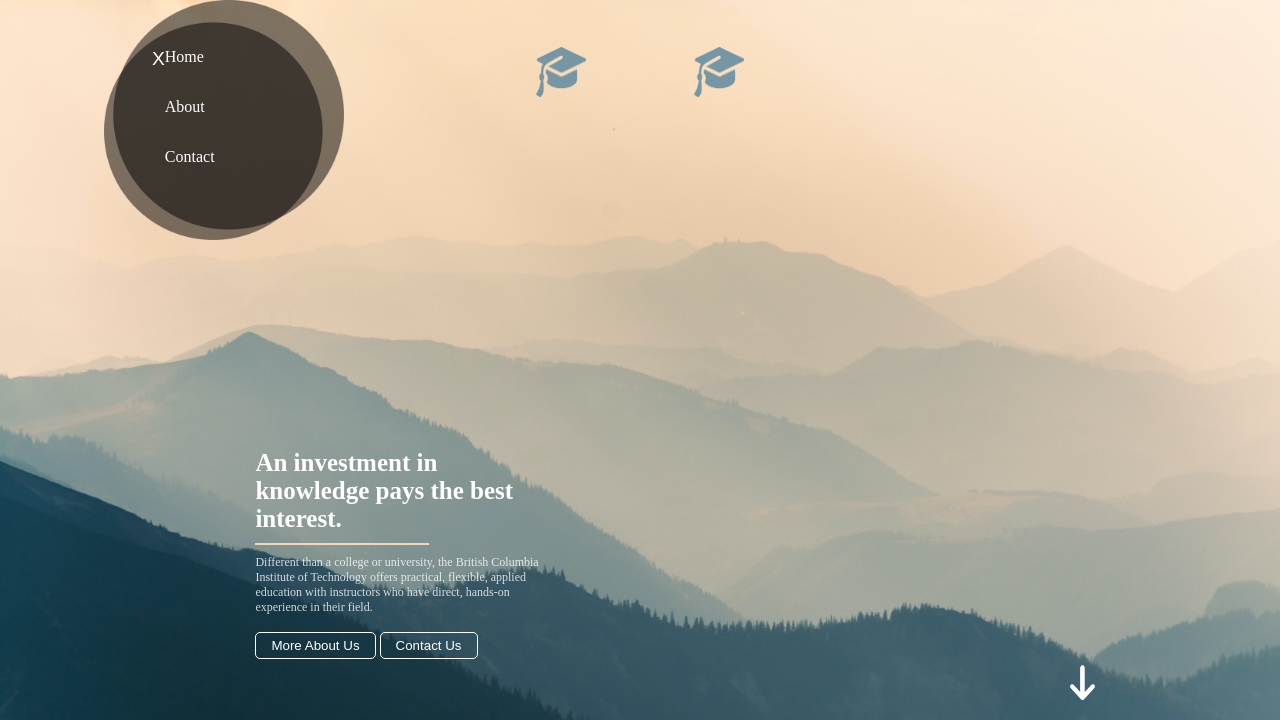
Repository: Sheraliramzan/Aly_A01253508_Assignment1
Page: /, after clicking the first element matching `img`
An editor plug-in stored every save of this project. The page is shown before and after the next save, followed by the edit.
The browser window is 1280 px wide. The pictures show the whole page.
The project was rebuilt for these pictures with package versions that can differ from the ones it lists, and the page was loaded fresh each time. The framework's server and built-in components were replaced by stand-ins that run in the browser. Also part of the build but not shown: next.config.js.

Above is the page before, as saved 2023-02-04 17:15:40.

After the next save:
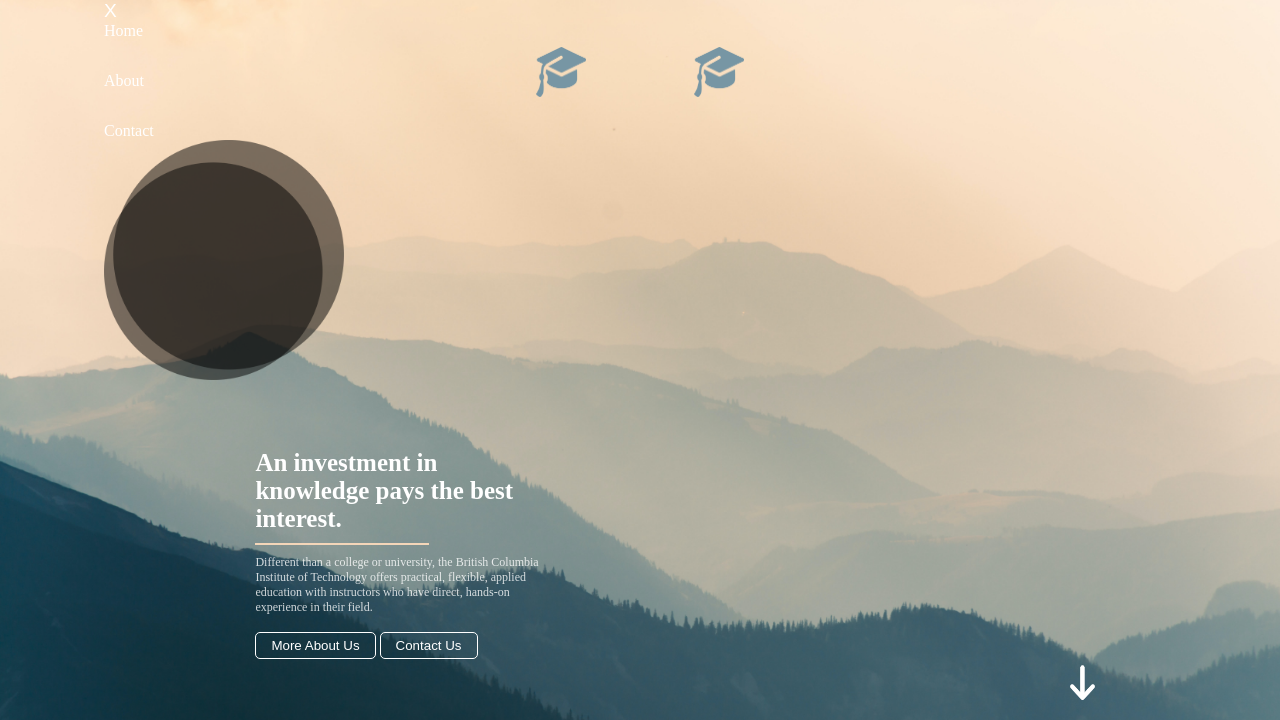
Saved 5 s later.
--- a/components/nav/nav.jsx
+++ b/components/nav/nav.jsx
@@ -23,7 +23,7 @@
       </div>
       {isMenuOpen && (
         <div className="menucont">
-          <div className="list-container">
+          <div className="listcontainer">
             <div className="btn-container">
               <button className="close-btn" onClick={handleMenu}>
                 X

After the 4 saves that followed:
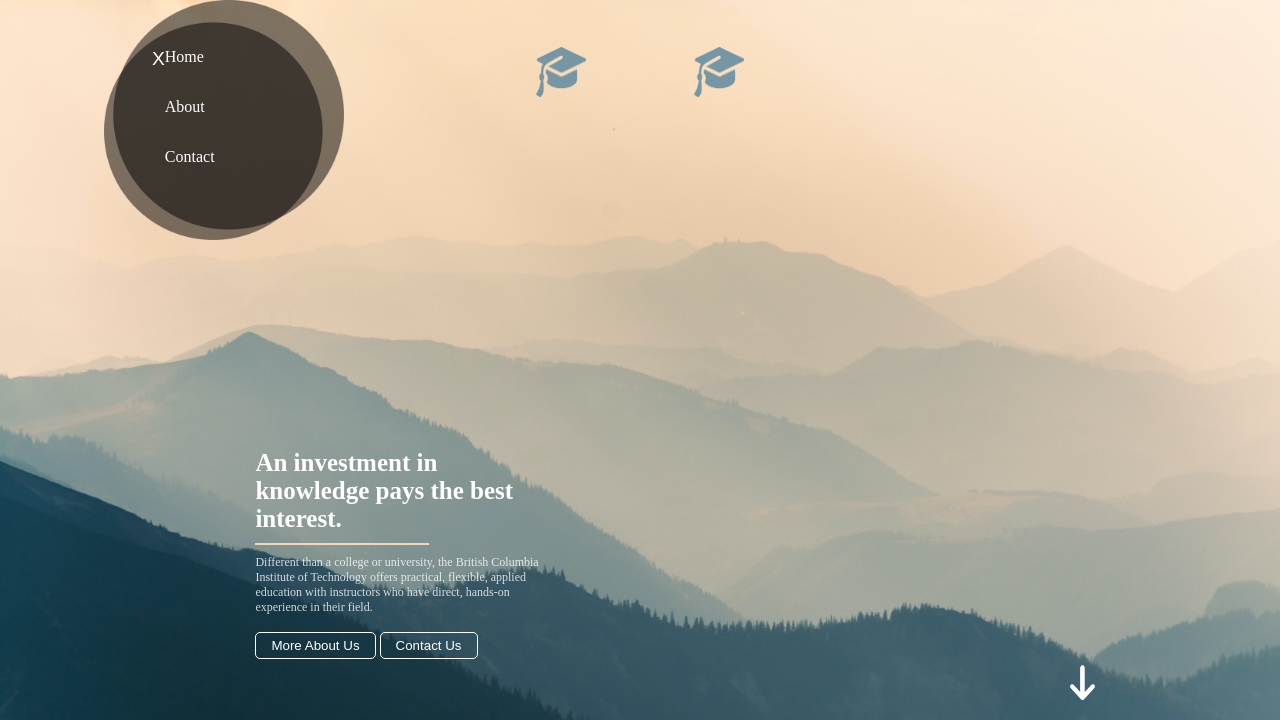
The 4 saves are shown as one change because 1 left the picture as it was and some came seconds apart.
The last was saved 15 s later.
--- a/styles/globals.css
+++ b/styles/globals.css
@@ -38,7 +38,7 @@ ul > li {
   list-style-type: none;
   color: white;
 }
-.list-container {
+.listcont{
   position: absolute;
   display: flex;
   align-items: flex-start;
--- a/components/nav/nav.jsx
+++ b/components/nav/nav.jsx
@@ -23,7 +23,7 @@
       </div>
       {isMenuOpen && (
         <div className="menucont">
-          <div className="listcontainer">
+          <div className="listcont">
             <div className="btn-container">
               <button className="close-btn" onClick={handleMenu}>
                 X
